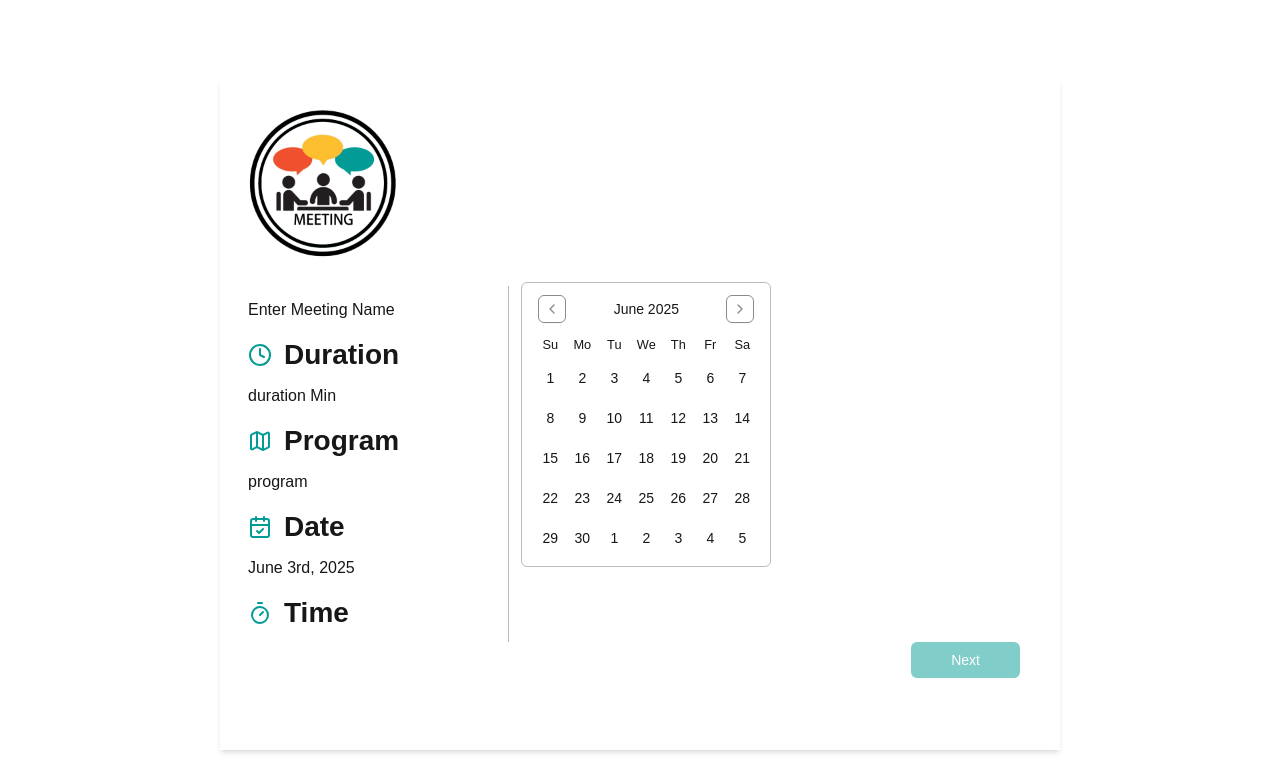
Repository: walaa-horani/scheduleMeetingNextjs
Page: /dashboard/schedule-meeting
These files come from the project's save history. The page is drawn as it stood at one moment and after the next save; the edit follows.
The browser window is 1280 px wide. The pictures show the whole page.
The page's requests for data from a server got no answer. The project was rebuilt for these pictures with package versions that can differ from the ones it lists, and the page was loaded fresh each time. The framework's server and built-in components were replaced by stand-ins that run in the browser. No one was signed in, and anything a server would have sent is missing. Also part of the build but not shown: next.config.mjs, components/ui/input.jsx, app/(routes)/[meeting]/_components/UserForm.js.

Above is the page before, as saved 2025-06-03 22:51:39.

### app/layout.js
import { Inter, JetBrains_Mono } from "next/font/google";
import "./globals.css";
import { Toaster } from "@/components/ui/sonner"

const inter = Inter({
  variable: "--font-sans",
  subsets: ["latin"],
});

const jetbrains = JetBrains_Mono({
  variable: "--font-mono",
  subsets: ["latin"],
});
export const metadata = {
  title: "Create Next App",
  description: "Generated by create next app",
};

export default function RootLayout({ children }) {
  return (
    <html lang="en">
      <body
        className={`${inter.variable} ${inter.variable} antialiased`}
      >

        <Toaster/>
        {children}
      </body>
    </html>
  );
}

### app/(routes)/[meeting]/[eventId]/page.js
"use client"
import React, { useEffect, useState } from 'react'
import MeetingDataTime from '../_components/MeetingDataTime'
import { doc, getDoc, collection, query, where, getDocs, getFirestore } from "firebase/firestore";
import { app } from '../../dashboard/confing/FirebaseConfing';


function SharedEventMeeting({params}) {
    const db = getFirestore(app);

    const[meetingInfo,setMeetingInfo] = useState()
      const[eventInfo,setEventInfo] = useState()

    useEffect(()=>{


    params&&getMeetingAndEventDetails()
  },[params])
   const getMeetingAndEventDetails= async()=>{
   const q = query(collection(db, "Meeting"), where("meetingName", "==", params.meeting ));

      const querySnapshot = await getDocs(q);
    querySnapshot.forEach((doc) => {
      // doc.data() is never undefined for query doc snapshots
      setMeetingInfo(doc.data());
    });

      const docRef = doc(db, "Event", params.eventId );
    const docSnap = await getDoc(docRef);

    setEventInfo(docSnap.data())

    }


  return (
    <div>

      <MeetingDataTime eventInfo={eventInfo} meetingInfo={meetingInfo}/>
    </div>
  )
}

export default SharedEventMeeting

### app/(routes)/[meeting]/_components/MeetingDataTime.js
"use client"
import React, { useEffect, useState } from 'react'
import Image from 'next/image'
import { Calendar } from "@/components/ui/calendar"
import { Button } from '@/components/ui/button'
import { CalendarCheck, Clock, MapIcon, TimerIcon } from 'lucide-react'
import { format } from 'date-fns'
import DateTimeComponent from './DateTimeComponent'
import UserForm from './UserForm'
import { getFirestore ,doc, setDoc } from "firebase/firestore";
import { app } from '../../dashboard/confing/FirebaseConfing'
import { toast } from 'sonner'

function MeetingDataTime({eventInfo,meetingInfo}) {

const [date,setDate]= useState(new Date())
  const[timeSlotes,setTimeSlots] = useState()
  const [enabletimeSlotes,setEnabletimeSlotes] = useState(false)

  const [selectedTime,setSelectedTime] = useState()
  const[step,setStep] = useState(1)

  const [note,setNote] = useState()
  const [name,setName] = useState()
  const [email,setEmail] = useState()
  const db = getFirestore(app);

  useEffect(()=>{
    eventInfo?.duration&&createTimeSlot(eventInfo?.duration)

  },[eventInfo])

   const createTimeSlot=(interval)=>{
        const startTime = 8 * 60; // 8 AM in minutes
        const endTime = 22 * 60; // 10 PM in minutes
        const totalSlots = (endTime - startTime) / interval;
        const slots = Array.from({ length: totalSlots }, (_, i) => {
      const totalMinutes = startTime + i * interval;
      const hours = Math.floor(totalMinutes / 60);
      const minutes = totalMinutes % 60;
      const formattedHours = hours > 12 ? hours - 12 : hours; // Convert to 12-hour format
      const period = hours >= 12 ? 'PM' : 'AM';
      return `${String(formattedHours).padStart(2, '0')}:${String(minutes).padStart(2, '0')} ${period}`;
    });

    setTimeSlots(slots);
    console.log(slots)
    }

    const handleDate=(date)=>{
        setDate(date)
        const dateFormat = format(date,"EEEE").toLowerCase()
        if(meetingInfo?.daysAvailable?.[dateFormat]){
          setEnabletimeSlotes(true)
        }
        else{
          setEnabletimeSlotes(false)
        }
    }

    const handleScheduledMeeting= async()=>{
        await setDoc(doc(db, "ScheduledMeeting", String(Date.now())), {
            meetingName:meetingInfo.meetingName,
            meetingEmail:meetingInfo.email,
            selectedTime:selectedTime,
            selectedDate:date,
            duration:eventInfo.duration,
            name:name,
            email:email,
            note:note

}).then(resp=>{
  toast("Meeting Scheduled Successfully")
})
;
    }
  return (

       <div className='p-7 shadow-md   m-5 border-t-cyan-800 mx-10 md:mx-26 lg:mx-55 mt-20 ' >
          <Image width={150} height={150} src="/logo.png"/>


         <div className='grid grid-cols-1 md:grid-cols-3'>

          <div className='mt-7  border-r border-[#bcbcbc]'>

             <div>

         <h2 className='font-bold text-[28px] mt-3'>  {meetingInfo?.meetingName}</h2>
             <h2>{eventInfo?.meetingName?eventInfo?.meetingName:"Enter Meeting Name"}</h2>
           </div>

<div>

         <h2 className='font-bold text-[28px] mt-3'>  {meetingInfo?.meetingName}</h2>
             <h2>{}</h2>
           </div>
            <div>

         <h2 className='font-bold text-[28px] mt-3 flex items-center gap-3 mb-2'><Clock className='text-[#039b95]'/>  Duration</h2>
             <h2>{eventInfo?.duration?eventInfo?.duration:"duration"} Min</h2>
           </div>

            <div >

         <h2 className='font-bold text-[28px] mt-3  flex items-center gap-3 mb-2'> <MapIcon className='text-[#039b95]'/>  Program</h2>
             <h2>{eventInfo?.program?eventInfo?.program:"program"} </h2>

           </div>


              <div >

         <h2 className='font-bold text-[28px] mt-3  flex items-center gap-3 mb-2'> <CalendarCheck className='text-[#039b95]'/>  Date </h2>
             <h2>{format(date,"PPP")} </h2>

           </div>


              <div >

         <h2 className='font-bold text-[28px] mt-3  flex items-center gap-3 mb-2'> <TimerIcon className='text-[#039b95]'/> Time</h2>
           {selectedTime&&  <h2>{selectedTime} </h2>}

           </div>







          </div>


        <div className="md:col-span-2 w-full ">

  { step==1? <DateTimeComponent selectedTime={selectedTime} setSelectedTime={setSelectedTime} enabletimeSlotes={enabletimeSlotes}date={date} handleDate={handleDate} timeSlotes={timeSlotes} />:<UserForm setName={setName} setEmail={setEmail} setNote={setNote}/> }

        </div>

         </div>

          <div className='mb-20 '>
          {step==2&&  <Button onClick={()=> setStep(1)} className="float-right px-10 text-white  hover:bg-[#047772] transition-all cursor-pointer">Back</Button>}
          {step==1? <Button disabled={!enabletimeSlotes} onClick={()=>setStep(step+1)} className="float-right px-10 mr-3 hover:bg-[#047772] transition-all text-white cursor-pointer">Next</Button>
          :

          <Button onClick={handleScheduledMeeting} disabled={! name || !email || !note }  className="float-right px-10 mr-3 hover:bg-[#047772] transition-all text-white cursor-pointer">Schedule</Button>
          }
          </div>
         </div>





  )
}





export default MeetingDataTime

### app/(routes)/dashboard/confing/FirebaseConfing.js
// Import the functions you need from the SDKs you need
import { initializeApp } from "firebase/app";
import { getAnalytics } from "firebase/analytics";
// TODO: Add SDKs for Firebase products that you want to use
// https://firebase.google.com/docs/web/setup#available-libraries

// Your web app's Firebase configuration
// For Firebase JS SDK v7.20.0 and later, measurementId is optional
const firebaseConfig = {
  apiKey: process.env.NEXT_PUBLIC_FIREBASE_API_KEY,
  authDomain: "meeting-436fb.firebaseapp.com",
  projectId: "meeting-436fb",
  storageBucket: "meeting-436fb.firebasestorage.app",
  messagingSenderId: "77535067095",
  appId: "1:77535067095:web:6dd3c4ceb875c6af17e992",
  measurementId: "G-8E9HBCLJ7Z"
};

// Initialize Firebase
export  const app = initializeApp(firebaseConfig);

### components/ui/calendar.jsx
"use client"

import * as React from "react"
import { ChevronLeft, ChevronRight } from "lucide-react"
import { DayPicker } from "react-day-picker"

import { cn } from "@/lib/utils"
import { buttonVariants } from "@/components/ui/button"

function Calendar({
  className,
  classNames,
  showOutsideDays = true,
  ...props
}) {
  return (
    <DayPicker
      showOutsideDays={showOutsideDays}
      className={cn("p-3", className)}
      classNames={{
        months: "flex flex-col sm:flex-row gap-2",
        month: "flex flex-col gap-4",
        caption: "flex justify-center pt-1 relative items-center w-full",
        caption_label: "text-sm font-medium",
        nav: "flex items-center gap-1",
        nav_button: cn(
          buttonVariants({ variant: "outline" }),
          "size-7 bg-transparent p-0 opacity-50 hover:opacity-100"
        ),
        nav_button_previous: "absolute left-1",
        nav_button_next: "absolute right-1",
        table: "w-full border-collapse space-x-1",
        head_row: "flex",
        head_cell:
          "text-muted-foreground rounded-md w-8 font-normal text-[0.8rem]",
        row: "flex w-full mt-2",
        cell: cn(
          "relative p-0 text-center text-sm focus-within:relative focus-within:z-20 [&:has([aria-selected])]:bg-accent [&:has([aria-selected].day-range-end)]:rounded-r-md",
          props.mode === "range"
            ? "[&:has(>.day-range-end)]:rounded-r-md [&:has(>.day-range-start)]:rounded-l-md first:[&:has([aria-selected])]:rounded-l-md last:[&:has([aria-selected])]:rounded-r-md"
            : "[&:has([aria-selected])]:rounded-md"
        ),
        day: cn(
          buttonVariants({ variant: "ghost" }),
          "size-8 p-0 font-normal aria-selected:opacity-100"
        ),
        day_range_start:
          "day-range-start aria-selected:bg-primary aria-selected:text-primary-foreground",
        day_range_end:
          "day-range-end aria-selected:bg-primary aria-selected:text-primary-foreground",
        day_selected:
          "bg-primary text-primary-foreground hover:bg-primary hover:text-primary-foreground focus:bg-primary focus:text-primary-foreground",
        day_today: "bg-accent text-accent-foreground",
        day_outside:
          "day-outside text-muted-foreground aria-selected:text-muted-foreground",
        day_disabled: "text-muted-foreground opacity-50",
        day_range_middle:
          "aria-selected:bg-accent aria-selected:text-accent-foreground",
        day_hidden: "invisible",
        ...classNames,
      }}
      components={{
        IconLeft: ({ className, ...props }) => (
          <ChevronLeft className={cn("size-4", className)} {...props} />
        ),
        IconRight: ({ className, ...props }) => (
          <ChevronRight className={cn("size-4", className)} {...props} />
        ),
      }}
      {...props} />
  );
}

export { Calendar }

### components/ui/button.jsx
import * as React from "react"
import { Slot } from "@radix-ui/react-slot"
import { cva } from "class-variance-authority";

import { cn } from "@/lib/utils"

const buttonVariants = cva(
  "inline-flex items-center justify-center gap-2 whitespace-nowrap rounded-md text-sm font-medium transition-all disabled:pointer-events-none disabled:opacity-50 [&_svg]:pointer-events-none [&_svg:not([class*='size-'])]:size-4 shrink-0 [&_svg]:shrink-0 outline-none focus-visible:border-ring focus-visible:ring-ring/50 focus-visible:ring-[3px] aria-invalid:ring-destructive/20 dark:aria-invalid:ring-destructive/40 aria-invalid:border-destructive",
  {
    variants: {
      variant: {
        default:
          "bg-[#039C96] text-primary-foreground shadow-xs hover:bg-primary/90",
        destructive:
          "bg-destructive text-white shadow-xs hover:bg-destructive/90 focus-visible:ring-destructive/20 dark:focus-visible:ring-destructive/40 dark:bg-destructive/60",
        outline:
          "border bg-background shadow-xs hover:bg-accent hover:text-accent-foreground dark:bg-input/30 dark:border-input dark:hover:bg-input/50",
        secondary:
          "bg-secondary text-secondary-foreground shadow-xs hover:bg-secondary/80",
        ghost:
          "hover:bg-accent hover:text-accent-foreground dark:hover:bg-accent/50",
        link: "text-primary underline-offset-4 hover:underline",
      },
      size: {
        default: "h-9 px-4 py-2 has-[>svg]:px-3",
        sm: "h-8 rounded-md gap-1.5 px-3 has-[>svg]:px-2.5",
        lg: "h-10 rounded-md px-6 has-[>svg]:px-4",
        icon: "size-9",
      },
    },
    defaultVariants: {
      variant: "default",
      size: "default",
    },
  }
)

function Button({
  className,
  variant,
  size,
  asChild = false,
  ...props
}) {
  const Comp = asChild ? Slot : "button"

  return (
    <Comp
      data-slot="button"
      className={cn(buttonVariants({ variant, size, className }))}
      {...props} />
  );
}

export { Button, buttonVariants }

### app/(routes)/[meeting]/_components/DateTimeComponent.js
import { Calendar } from "@/components/ui/calendar"
import { Button } from '@/components/ui/button'
import React from 'react'

function DateTimeComponent({date,handleDate,timeSlotes,enabletimeSlotes,setSelectedTime,selectedTime}) {
  return (
    <div>
        <div className='md:col-span-2 flex p-3 mt-3 ' >
          <div className='flex flex-col '>



         <Calendar


  mode="single"
  selected={date}
  onSelect={(d) => handleDate(d)}
  className="rounded-md border border-[#bcbcbc] "
/>
              </div>

              <div className=' h-72 flex flex-col p-4 overflow-auto gap-4 w-full '>
                {timeSlotes?.map((item)=>(
                 <Button  onClick={()=> setSelectedTime(item)} disabled={!enabletimeSlotes} variant="outline" className= {`border-[#039b95] ${item==selectedTime&& "bg-[#039b95]"}`} >{item}</Button>
                ))}
              </div>
          </div>
    </div>
  )
}

export default DateTimeComponent

Loaded but not shown: app/globals.css (common file); components/ui/sonner.jsx (common file); lib/utils.js (common file)

After the next save:
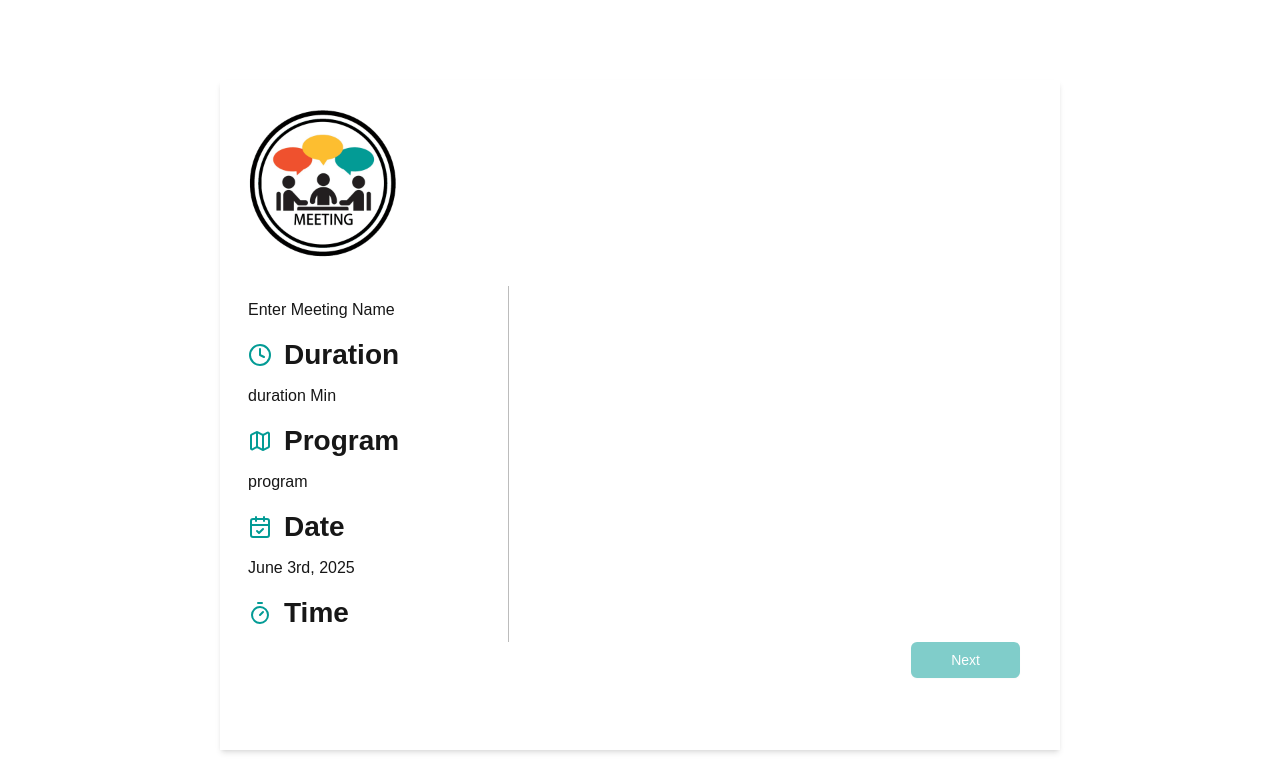
Saved 2 days later.
--- a/app/(routes)/[meeting]/_components/DateTimeComponent.js
+++ b/app/(routes)/[meeting]/_components/DateTimeComponent.js
@@ -10,14 +10,7 @@
 
 
 
-         <Calendar
 
-
-  mode="single"
-  selected={date}
-  onSelect={(d) => handleDate(d)}
-  className="rounded-md border border-[#bcbcbc] "
-/>
               </div>
 
               <div className=' h-72 flex flex-col p-4 overflow-auto gap-4 w-full '>

After the save that followed:
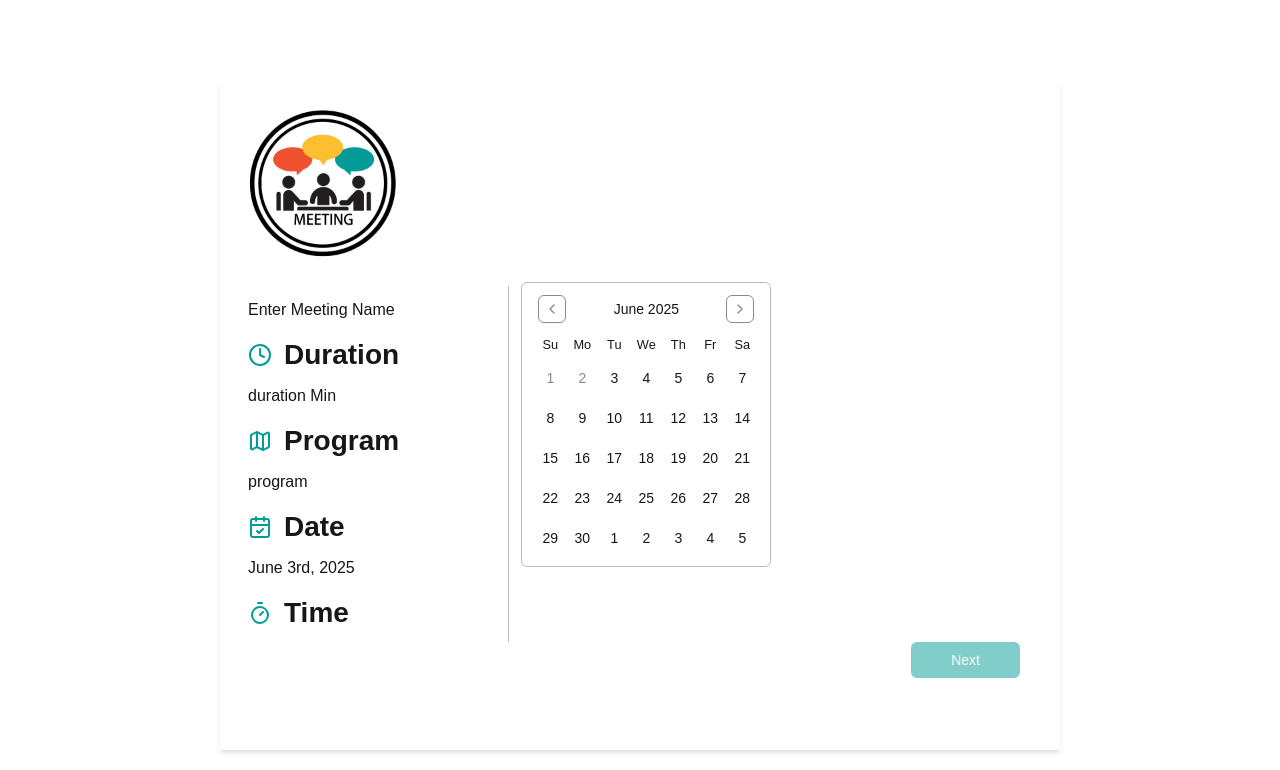
Saved 14 s later.
--- a/app/(routes)/[meeting]/_components/DateTimeComponent.js
+++ b/app/(routes)/[meeting]/_components/DateTimeComponent.js
@@ -10,7 +10,16 @@
 
 
 
+         <Calendar
 
+
+  mode="single"
+              disabled={{ before: new Date() }}
+
+  selected={date}
+  onSelect={(d) => handleDate(d)}
+  className="rounded-md border border-[#bcbcbc] "
+/>
               </div>
 
               <div className=' h-72 flex flex-col p-4 overflow-auto gap-4 w-full '>
